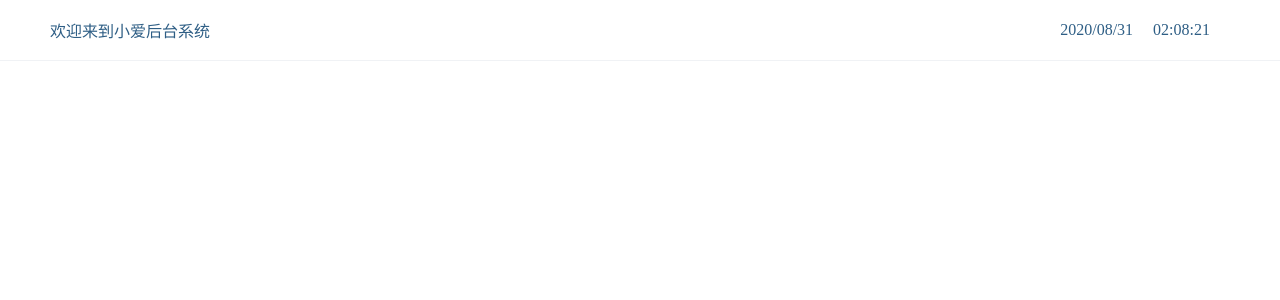
Repository: ZHANG-0714/backstage
Page: /
An editor plug-in stored every save of this project. The page is shown before and after the next save, followed by the edit.
The browser window is 1280 px wide. The pictures show the whole page.
The project was rebuilt for these pictures with package versions that can differ from the ones it lists, and the page was loaded fresh each time. Also part of the build but not shown: vue.config.js, src/views/Home.vue.

Above is the page before, as saved 2020-08-31 16:38:31.

### public/index.html
<!DOCTYPE html>
<html lang="en">

<head>
  <meta charset="utf-8">
  <meta http-equiv="X-UA-Compatible" content="IE=edge">
  <meta name="viewport" content="width=device-width,initial-scale=1.0">
  <link rel="icon" href="<%= BASE_URL %>favicon.ico">
  <title><%= htmlWebpackPlugin.options.title %></title>
</head>

<body>
  <noscript>
    <strong>We're sorry but <%= htmlWebpackPlugin.options.title %> doesn't work properly without JavaScript enabled.
      Please enable it to continue.</strong>
  </noscript>
  <div id="app"></div>
  <!-- built files will be auto injected -->

  <!--[if lte IE 9]>
    <div style='position:absolute; top: 50%; left:50%; margin-top: -50px;margin-left: -400px; align-items: center;justify-content: center;'>
      <div style='width: 800px; height: 100px;text-align: center'>
        <h1>
        您的浏览器版本过低 请下载最新的谷歌浏览器
      </h1>
      <div style='text-align: center;width: 800px'>
        <a href='http://rj.baidu.com/soft/detail/14744.html?ald'>下载谷歌浏览器点此链接</a>
      </div>
      </div>
    </div>
  <![endif]-->
</body>

</html>

### src/App.vue
<template>
  <div id="app">
    <router-view />
  </div>
</template>

<style lang="scss">
@import "../style/Css";
@import '../style/Situation'
</style>

### src/router/index.js
import Vue from 'vue'
import VueRouter from 'vue-router'
import Home from '../views/Home.vue'
import Public from '../views/Public.vue'

Vue.use(VueRouter)

const routes = [
  {
    path: '/home',
    redirect: '/'
  },
  {
    path: '/',
    component: Public,
    children: [
      {
        path: '',
        name: 'Home',
        component: Home,  //首页
        meta: {
          title: "首页"
        }
      },
    ]
  }
]

const router = new VueRouter({
  mode: 'history',
  base: process.env.BASE_URL,
  routes
})

export default router

### src/store/index.js
import Vue from 'vue'
import Vuex from 'vuex'
import user from './user/user'

Vue.use(Vuex)

export default new Vuex.Store({
  state: {
  },
  mutations: {
  },
  actions: {
  },
  modules: {
    user
  }
})

### style/Css.css
* {
	margin: 0;
	padding: 0;
}

.flex {
	display: flex;
}

.justify-content {
	justify-content: center;
}

.align-items {
	align-items: center;
}

.space-around {
	justify-content: space-around;
}

.space-between {
	justify-content: space-between;
}

.flex-direction {
	flex-direction: column;
}

.flex-end {
	align-items: flex-end;
}

.text-overflow {
	overflow: hidden;
	text-overflow: ellipsis;
	display: -webkit-box;
	-webkit-line-clamp: 1;
	-webkit-box-orient: vertical;
}

.opacity {
	opacity: 0.9;
}

.filter {
	filter: blur(30px);
	z-index: -1;
}

.flex-wrap {
	flex-wrap: wrap;
}

.position {
	position: fixed;
}

### style/Situation.scss
.el-card--header--img--doos {
    .el-card__header {
        border-bottom: 1px solid #535353;
    }
    .el-form-item__label{
        padding: 0;
    }
}

### src/views/Public.vue
<template>
  <!-- 公共 -->
  <div>
    <headTop></headTop>
  </div>
</template>

<script>
import headTop from "../components/public/headTop";
export default {
  name: "",
  props: {},
  components: {
    headTop,
  },
  data() {
    return {};
  },
  methods: {},
  mounted() {},
  watch: {},
  computed: {},
};
</script>

<style scoped lang='scss'>
</style>

### src/store/user/user.js
import api from '../../http/api'
import router from '../../router'
import { Message } from 'element-ui'

export default {
    // 开启命名空间 这个文件就是单独的一个vuex的模块
    namespaced: true,
    state: {
        menus: []
    },
    mutations: {
        seMenus(state, data) {
            state.menus = data
        }
    },
    actions: {
        //所有的请求都写在actions里面
        // actions 里面的方法可以传两个参数，第一个参数是整个store(vuex对象) 第二个参数是请求的参数
        async getMenus({ commit }) {
            let res = await api.getMenus()
            if (res.meta.status === 200) {
                // 提交mutation
                commit('setMenus', res.data)
            }
        },
        //登录
        async login({ commit }, { username, password }) {
            let res = await api.login({
                username,
                password
            })
            console.log(commit);
            console.log(res);
            if (res.meta.status === 200) {
                // 存储信息
                localStorage.setItem('adminToken', res.data.toke)
                localStorage.setItem('adminUser', JSON.stringify(res.data))
                // 跳转路由
                router.push('/')
                // 提示用户
                Message.success('登录成功')
            }
        }
    },
}

### src/components/public/headTop.vue
<template>
  <!-- 头部组件 -->
  <div class="top flex align-items space-between">
    <div class="name">欢迎来到小爱后台系统</div>
    <div class="flex">
      <div class="time">{{time}}</div>
      <div class="time">{{date}}</div>
    </div>
  </div>
</template>

<script>
import dayjs from "dayjs";
export default {
  name: "",
  props: {},
  components: {},
  data() {
    return {
      time: "", //获取当前登录时间
      date: "",
    };
  },
  methods: {},
  mounted() {
    //  获取当前登录时间
    this.time = dayjs().format("YYYY/MM/DD");
    console.log(this.time);

    let _this = this; // 声明一个变量指向Vue实例this，保证作用域一致
    this.timer = setInterval(() => {
      _this.date = dayjs().format("hh:mm:ss"); // 修改数据date
    }, 1000);
  },
  watch: {},
  computed: {},
};
</script>

<style scoped lang='scss'>
.top {
  height: 60px;
  padding: 0 50px;
  border-bottom: 1px solid #f0f2f5;
  color: #2e5e85;
}
.time {
  margin-right: 20px;
}
</style>

### src/http/api.js
import service from './index'

export default {
    login({ username, password }) {
        return service.post('/login', {
            username,
            password
        })
    }
}

### src/http/index.js
import axios from 'axios'
import nprogress from 'nprogress'
import { Message } from 'element-ui'

//运行环境：本地环境:devlpment 和线上（生产）环境：production
const ispro = process.env.NODE_ENV === 'production'

//创建一个axios的实例
const service = axios.create({
    //基础路径:需要根据当前的运行环境来判断
    baseURL: ispro ? '线上接口路径' : '/api',
    //超时时间
    timeout: 100000
})

// 请求拦截：每一次发请求都会做的事
service.interceptors.request.use((config) => {
    nprogress.start()
    //前后端鉴权
    //jwt：JSON WEB TOKEN
    //登录成功后 后端会返回一个令牌
    let token = localStorage.getItem('abminToken')
    if (token) {
        config.headers['Authorization'] = token
    }
    return config
}, err => {
    nprogress.done()
    return Promise.reject(err)
})

//响应拦截：每一次接口返回数据的时候都会做的事
service.interceptors.response.use((res) => {
    nprogress.done()
    return res.data
}, err => {
    if (err.response && err.response.status) {
        // 错误请求的状态码
        let status = err.response.status
        if (status === 400) {
            Message.error('参数错误')
        }
        if (status === 401) {
            Message.error('登录过期，请重新登录')
        }
        if (status === 403) {
            Message.error('没有权限')
        }
        if (status === 404) {
            Message.error('接口路径错误')
        }
        if (status === 500) {
            Message.error('服务器出错')
        }
        if (status === 503) {
            Message.error('服务器在维护')
        }
    }
    return Promise.reject(err)
}
)

export default service

Loaded but not shown: src/main.js (common file)

After the next save:
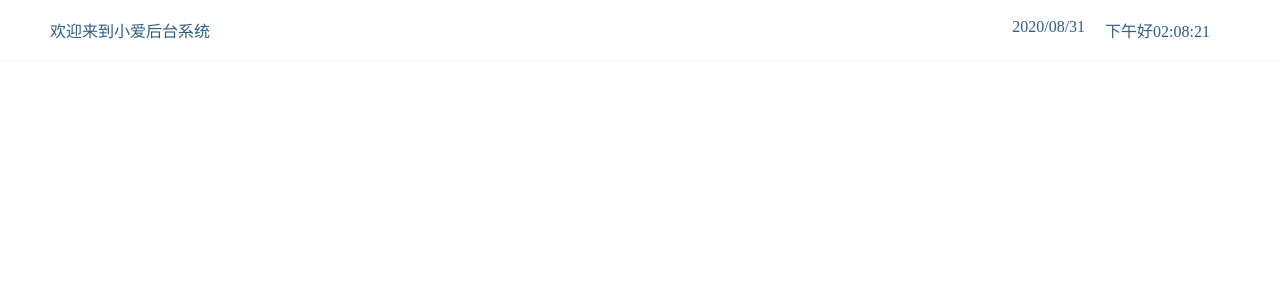
Saved 2 min 29 s later.
--- a/src/components/public/headTop.vue
+++ b/src/components/public/headTop.vue
@@ -4,7 +4,7 @@
     <div class="name">欢迎来到小爱后台系统</div>
     <div class="flex">
       <div class="time">{{time}}</div>
-      <div class="time">{{date}}</div>
+      <div class="time">{{hi}}{{date}}</div>
     </div>
   </div>
 </template>
@@ -19,6 +19,7 @@ export default {
     return {
       time: "", //获取当前登录时间
       date: "",
+       hi: {}
     };
   },
   methods: {},
@@ -31,6 +32,24 @@ export default {
     this.timer = setInterval(() => {
       _this.date = dayjs().format("hh:mm:ss"); // 修改数据date
     }, 1000);
+
+    //   判断时间段
+      let hi = dayjs().format('HH')
+      if(hi > 6 && hi <= 13){
+          this.hi = '早上好'
+      }
+      else if(hi >11 && hi <= 13){
+          this.hi = '中午好'
+      }
+      else if(hi >13 && hi <= 18){
+          this.hi = '下午好'
+      }
+      else if(hi >18 && hi <= 23){
+          this.hi = '晚上好'
+      }
+      else{
+        this.hi = '该睡觉了'
+      }
   },
   watch: {},
   computed: {},
